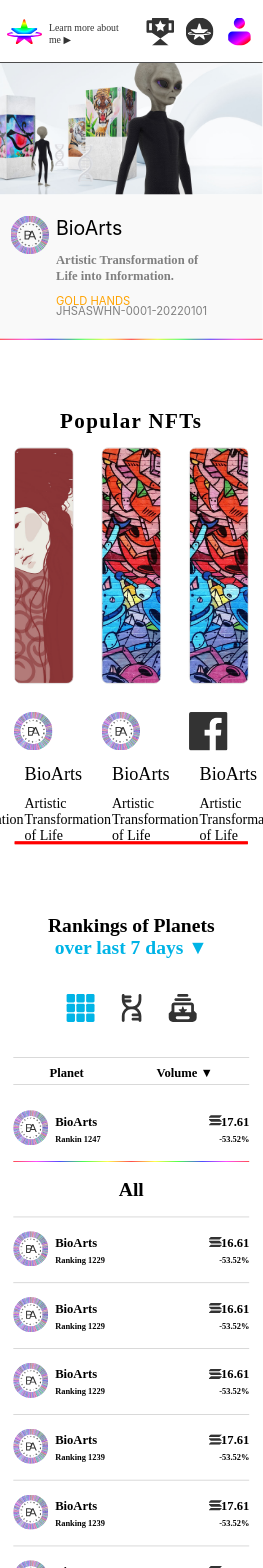
Repository: superHotBob/bioart
Page: /
An editor plug-in stored every save of this project. The page is shown before and after the next save, followed by the edit.
The browser window is 375 px wide. The pictures show the part of the page from y = 0 to 2240 px (the page is 2842 px tall), at 70% of full size.
Some web fonts or font styles are not loaded; a fallback is used. The project was rebuilt for these pictures with package versions that can differ from the ones it lists, and the page was loaded fresh each time. The framework's server and built-in components were replaced by stand-ins that run in the browser. Also part of the build but not shown: next.config.js.

Above is the page before, as saved 2022-04-06 09:07:43.

### pages/_app.js
import "../styles/globals.css";
import Layout from "../components/layout";
import { Provider } from "react-redux";
import store from "../store";

export default function MyApp({ Component, pageProps }) {
  return (
    <Provider store={store}>
      <Layout>
        <Component {...pageProps} />
      </Layout>
    </Provider>
  );
}

### styles/globals.css
@font-face {
  font-family: 'GmarketSansMedium';
  src: url('https://cdn.jsdelivr.net/gh/projectnoonnu/noonfonts_2001@1.1/GmarketSansMedium.woff') format('woff');
  font-weight: normal;
  font-style: normal;
}
@font-face {
  font-family: 'GmarketSansLight';
  src: url('https://cdn.jsdelivr.net/gh/projectnoonnu/noonfonts_2001@1.1/GmarketSansLight.woff') format('woff');
  font-weight: normal;
  font-style: normal;
}
@font-face {
  font-family: 'GmarketSansBold';
  src: url('https://cdn.jsdelivr.net/gh/projectnoonnu/noonfonts_2001@1.1/GmarketSansBold.woff') format('woff');
  font-weight: normal;
  font-style: normal;
}
html,
body {
  padding: 0;
  margin: 0;
  font-family: -apple-system, BlinkMacSystemFont, Segoe UI, Roboto, Oxygen,
    Ubuntu, Cantarell, Fira Sans, Droid Sans, Helvetica Neue, sans-serif;
}

input, select, button, textarea {
  outline: none;
}
a {
  color: inherit;
  text-decoration: none;
  cursor: pointer;
}
input::placeholder {
  color: #c9c9c9;
}
* {
  box-sizing: border-box;
  background-repeat: no-repeat;
}
button {
  cursor: pointer;
  font-family: "GmarketSansMedium";
  font-size: 18px;
  text-align: center;
}
.error {
  color: red;
  font-size: 20px;
}
figure {
  margin: 0;
  display: inline-block;
}
select {
  -webkit-appearance: none;
  -moz-appearance: none;

  height: 44px;
  padding-left: 20px;
  font-size: 18px;
  background: transparent;
  border: 1px solid #c9c9c9;
  border-radius: 20px;
  background: url('/icon_drp_arr.svg')  100% / 17% 35% no-repeat;
}
.blue {
  color: rgb(0, 180, 230);
  font-size: 18px;
  padding: 2px 0 2px 27px;

}
.bold {
  font-weight: 800;
  font-family: "GmarketSansbold";
}


.solana {
  background: url('/icon_graph_01.svg')  left 35% / auto 68% no-repeat;


}
@media screen and (max-width: 550px) {
  .blue {
    font-size: 14px;
    padding: 2px 0 2px 25px;
  }
}

### components/layout.js
import Navbar from "./navbar";
import Footer from "./footer";

export default function Layout({ children }) {
  return (
    <>
      <Navbar />
      <main style={{borderBottom: '1px solid #000'}}>
        {children}
        <style jsx global>{`
          .lastStringNft {
            width: 90%;
            position: absolute;
            top: 85%;
            left: 5%;
            padding: 10px 0;
            border-top: 1px solid #c9c9c9;
            font-size: 18px;
            color: #333;
            display: flex;
            justify-content: space-between;
            font-family: "GmarketSansLight";
          }
          .lastStringNft b {
            margin: 0 5px 0 0;
            flex-grow: 1;
          }
          .iconGraph {
            margin: 0px 15px;
            vertical-align: top;
            display: inline-block;
          }
          .priceNft {
            text-align: center;
            font-size: 30px;
            margin: 10px 0 0;
            font-family: "GmarketSansMedium";
          }
          .textNft {
            font-size: 1vw;
            margin: 0 0 15px;
            text-align: center;
            font-weight: 300;
            font-family: "GmarketSansLight";
          }
          .iconSlider {
          margin-top: 0;
          width: 65px;
          height: 65px;
        }
        .iconItemNft {
            width: 65px;
            height: 65px;
            display: block;
            margin: 0 auto;
            background-color: #fff;
            border-radius: 50%;
            border: 4px solid #fff;
            outline: 1px solid #ddd;
          }
          .itemSliderNft {
            position: relative;
          }
        `}</style>
      </main>
      <Footer />
    </>
  );
}

### store/index.js
import { configureStore } from "@reduxjs/toolkit";

import counterReducer from "../reduser";

export function makeStore() {
  return configureStore({
    reducer: { counter: counterReducer },
  });
}

const store = makeStore();

export default store;

### styles/Home.module.css
@font-face {
  font-family: "MyWebFontBlack";
  src: url("/fonts/NotoSerifCJKkr-Black.woff") format("woff");
}
@font-face {
  font-family: "MyWebFontBold";
  src: url("/fonts/NotoSerifCJKkr-Bold.woff") format("woff");
}
@font-face {
  font-family: "MyWebFontSCMediun";
  src: url("/fonts/NotoSerifSC-Medium.woff") format("woff");
}
@font-face {
  font-family: "MyWebFontSCLight";
  src: url("/fonts/NotoSerifSC-Light.woff") format("woff");
}
@font-face {
  font-family: "GmarketSansMedium";
  src: url("https://cdn.jsdelivr.net/gh/projectnoonnu/noonfonts_2001@1.1/GmarketSansMedium.woff")
    format("woff");
  font-weight: normal;
  font-style: normal;
}
.container {
  padding: 0;
}
.main {
  min-height: 80vh;
}
.header {
  height: 90px;
  display: block;
  position: relative;
  padding: 20px 30px;
  box-sizing: border-box;
  border-bottom: 1px solid #000;
}
.header .learn {
  margin: -34px 20px 0;
  vertical-align: middle;
  display: inline-block;
  width: 20%;
  font-size: 14px;
  cursor: pointer;
  font-family: "GmarketSansLight";
  color: #333;
}
.header a:hover {
  color: blue;
}
.symbol {
  margin-right: -40px;
  position: relative;
  z-index: 100;
  top: -1px;
}
.symbol_icon {
  height: 50px;
  width: 50px;
  display: inline-block;
  background: url("/symbol.svg") center / 100% no-repeat;
}
.search_input {
  position: relative;
  z-index: 1;
  border: 1px solid #c9c9c9;
  border-radius: 20px;
  height: 36px;
  width: 240px;
  padding: 0 20px 0 50px;
  vertical-align: text-bottom;
  outline: none;
}
.menu_tab {
  float: right;
  width: auto;
  text-align: right;
}
.tab01,
.tab02,
.tab03active,
.tab03,
.iconLike {
  height: 40px;
  width: 40px;
  vertical-align: sub;
  display: inline-block;
  margin-left: 30px;
}
.iconLike {
  position: relative;
  margin-left: 90px;
  cursor: pointer;
}
.iconLike::before {
  position: absolute;
  font-size: 18px;
  content: "250";
  left: -45px;
  top: 11px;
  font-family: "GmarketSansLight";
  display: inline-block;
}
.tab01 {
  background: url("/icon_tab_off_01.svg") center 100% no-repeat;
}
.tab01:hover {
  background: url("/icon_tab_on_01.svg") center 100% no-repeat;
}
.tab02 {
  background: url("/icon_tab_off_02.svg") center 100% no-repeat;
}
.tab03active {
  background: url("/icon_tab_on_03.svg") center 100% no-repeat;
}
.tab02:hover {
  background: url("/icon_tab_on_02.svg") center 100% no-repeat;
}
.tab03 {
  background: url("/icon_tab_off_03.svg") center 100% no-repeat;
}
.iconLike {
  background: url("/icon_like_on.svg") center 100% no-repeat;
}
.tab03:hover {
  background: url("/icon_tab_on_03.svg") center 100% no-repeat;
}
.wrapFirstBlock {
  width: 100%;
  height: 70.1vh;
  background: url('/main_top_bgline.jpg')  bottom center / 100% 1px repeat-x;
}
.firstBlock {
  /* background: url('/main_top_bg.jpg') center / 100% auto no-repeat;  */
  height: 70vh;
  position: relative;
}
.firstBlockText {
  position: absolute;
  top: 57%;
  left: 75%;
}
.firstBlockTextOnly h3 {
  font-size: 28px;
  font-weight: 400;
  color: #000;
  margin: 0;
}
.firstBlockTextOnly p {
  font-size: 18px;
  line-height: 1.3;
  font-family: "GmarketSansLight";
  font-weight: 800;
}
.gold {
  color: #ffa300;
  font-size: 16px;
  display: block;
  line-height: 10px;
}
.slider h2,
.sliderNft h2 {
  font-size: 30px;
  letter-spacing: 2px;
  font-family: "GmarketSansLight";
  font-weight: 800;
}
.sliderWraper,
.sliderWraperNft {
  height: auto;
  width: 80%;
  margin: 50px auto;
  position: relative;
}
.sliderWraperNft {
  width: 100%;
}
.bodySlider {
  height: auto;
  display: flex;
  justify-content: space-between;
}
.sliderBtnPrev,
.sliderBtnNext {
  position: absolute;
  border: none;
  top: 26%;
  height: 60px;
  width: 60px;
  left: -2%;
  opacity: 0.9;
  background-position: center;
  background-repeat: no-repeat;
  background-size: 100%;
  background-image: url("/slider_prev_btn.svg");
}
.sliderBtnPrev:hover {
  background-image: url("/slider_prev_btn_hv.svg");
  opacity: 1;
}
.sliderBtnNext {
  left: 96%;
  background-image: url("/slider_next_btn.svg");
}
.sliderBtnNext:hover {
  background-image: url("/slider_next_btn_hv.svg");
  opacity: 1;
}

.itemSlider {
  height: 40vw;
  padding: 0 20px;
  text-align: center;
}
.itemSliderImage {

  border: 1px solid #ddd;
  background-size: cover;
  border-radius: 10px;
  background-position: center top;
  background-repeat: no-repeat;
  height: 60%;
  margin-bottom: 40px;
  cursor: pointer;
}
.sliderText {
  font-size: 26px;
  margin: 15px;
  font-family: "GmarketSansMedium";
  font-weight: 400;
}
.sliderText p {
  font-size: 20px;
  margin: 15px 0 0;
  font-family: "GmarketSansLight";
}
.itemSlider .img {
  margin: 15px;
}
.sliderDot {
  margin: 0 auto;
  background-color: red;
  width: 89%;
}

.table h2 {
  text-align: center;
  font-family: "GmarketSansLight";
  font-size: 28px;
}
.table h2 a {
  color: #00b4e6;
}
.icons {
  width: 164px;
  margin: 50px auto;
  display: flex;
  justify-content: space-between;
}
.icons img:hover {
  cursor: pointer;
}
.tableBody {
  width: 80%;
  margin: 20px auto;
}
.headerTable,
.bodyTable,
.headerTableFirst {
  display: flex;
  justify-content: space-between;
  border-top: 1px solid #c9c9c9;
  border-bottom: 1px solid #c9c9c9;
  padding: 20px 0;
  font-weight: bold;
}
.headerTableFirst {
  border-top: none;
  border-image: linear-gradient(
    90deg,
    rgba(255, 0, 0, 1) 0%,
    rgba(255, 0, 255, 1) 10%,
    rgba(0, 0, 255, 1) 20%,
    rgba(0, 255, 0, 1) 30%,
    rgba(255, 255, 0, 1) 40%,
    rgba(255, 0, 0, 1) 50%,
    rgba(255, 255, 0, 1) 60%,
    rgba(0, 255, 0, 1) 70%,
    rgba(0, 0, 255, 1) 80%,
    rgba(255, 0, 255, 1) 90%,
    rgba(255, 0, 0, 1) 100%
  );
  border-image-slice: 1;
}
p.bodyTable {
  border-bottom: none;
  margin: 0;
}
p.headerTable:hover {
  background-color: rgba(220, 220, 220, 0.3);
  cursor: pointer;
  box-shadow: 0 1px 10px 5px rgba(220, 220, 220, 0.3);
}
.volumeIcon,.volumeIcon_2 {
  background: url("/icon_graph_01.svg") 21% 47%/ 16% no-repeat;
  padding-left: 10px;
}
.headerTable span,
.bodyTable span,
.headerTableFirst span {
  flex-grow: 1;
  font-size: 18px;
  line-height: 50px;
  font-family: "GmarketSansLight";
  width: 10%;
  text-align: center;
  display: inline-block;
}
.data {
  border-bottom: 1px solid #c9c9c9;
}
.btnPage {
  margin: 50px auto;
  text-align: center;
}
.btnPrev,
.btnNext {
  border: none;
  background: none;
  font-size: 18px;
  z-index: 1;
  font-family: "GmarketSansMedium";
  font-weight: 400;
  position: relative;
  color: #c9c9c9;
}
.btnPrev:hover {
  color: #000;
}
.btnPrev:hover::before {
  background-image: url("/prev_btn_hv.svg");
}
.btnNext:hover {
  color: #000;
}
.btnNext:hover::after {
  background-image: url("/next_btn_hv.svg");
}
.btnPrev:before,
.btnNext::after {
  content: "";
  width: 12px;
  height: 18px;
  z-index: 1;
  background-image: url("/prev_btn.svg");
  background-repeat: no-repeat;
  display: inline-block;
  vertical-align: middle;
  background-color: inherit;
  background-position: center center;
  margin: -5px 5px 0 0;
}
.btnNext::after {
  background-image: url("/next_btn.svg");
  margin: -5px 0 0 5px;
}
.footer {
  padding: 2rem 0;
  background-color: #f9f9f9;
  text-align: center;
  border-image: linear-gradient(
    90deg,
    rgba(255, 0, 0, 1) 0%,
    rgba(255, 0, 255, 1) 10%,
    rgba(0, 0, 255, 1) 20%,
    rgba(0, 255, 0, 1) 30%,
    rgba(255, 255, 0, 1) 40%,
    rgba(255, 0, 0, 1) 50%,
    rgba(255, 255, 0, 1) 60%,
    rgba(0, 255, 0, 1) 70%,
    rgba(0, 0, 255, 1) 80%,
    rgba(255, 0, 255, 1) 90%,
    rgba(255, 0, 0, 1) 100%
  );
  border-image-slice: 1;
  border-bottom: 1px solid #333;
}
.br {
  display: none;
}
.footerIconText {
  font-size: 34px;
  font-family: "GmarketSansMedium";
  font-weight: 400;
  margin: 10px 0;
  letter-spacing: 2px;
}
.footerText {
  font-size: 24px;
  font-family: "GmarketSansMedium";
  color: #c9c9c9;
}
.learnFooter {
  color: #00b4e6;
  font-size: 18px;
  font-family: "GmarketSansMedium";
}
.learnFooter:hover {
  color: #333;
}
.block_likes {
  width: 600px;
  height: 60vh;
  position: absolute;
  right: 35px;
  font-size: 18px;
  top: 90px;
  z-index: 100;
  text-align: center;
  padding: 20px;
  background-color: #fff;
  overflow-y: auto;
  border: 1px solid #c9c9c9;
  border-top: none;
}
.block_likes p {
  font-family: "GmarketSansLight";
  display: flex;
  justify-content: space-between;
  align-items: center;
  font-size: 20px;
  margin: 30px 0;
}
.icon_like span {
  border-radius: 50%;
  height: 50px;
  width: 50px;
  outline: 1px solid #c9c9c9;
  outline-offset: 2px;
  vertical-align: middle;
}
.icon_like_last span {
  border-radius: 0;
  outline: 1px solid #c9c9c9;
  outline-offset: 2px;
  vertical-align: middle;
}
.name {
  width: 35%;
  text-align: left;
}
.mobile {
  display: inline-block;
}
.mobileYes {
  display: none !important;
}
.planetsTableData {
    flex-grow: 4;
    font-size: 28px;
    height: 50px;
    text-align: left;
    background-image: url('/icon_ba.svg');
    background-repeat: no-repeat;
    background-size: 50px;
    padding-left: 60px;
}
@media screen and (max-width: 550px) {
  .search_input,
  .symbol {
    display: none;
  }
  .header {
    padding: 20px 10px;
  }
  .symbol_icon {
    height: 50px;
    width: 50px;
  }
  .tab01,
  .tab02,
  .tab03active,
  .tab03,
  .iconLike {
    margin-left: 10px;
  }
  .tab01 {
    margin: 0;
  }
  .header .learn {
    width: 100px;
    margin: -34px 10px 0;
  }
  .menu_tab {
    margin-top: 5px;
    justify-content: space-around;
    display: flex;
    width: 45%;
  }
  .firstBlock {
    height: 50vw;
  }
  .firstBlockText {
    position: static;
    background-color: #f9f9f9;
    padding: 30px 15px;
    border-image: linear-gradient(
    90deg,
    rgba(255, 0, 0, 1) 0%,
    rgba(255, 0, 255, 1) 10%,
    rgba(0, 0, 255, 1) 20%,
    rgba(0, 255, 0, 1) 30%,
    rgba(255, 255, 0, 1) 40%,
    rgba(255, 0, 0, 1) 50%,
    rgba(255, 255, 0, 1) 60%,
    rgba(0, 255, 0, 1) 70%,
    rgba(0, 0, 255, 1) 80%,
    rgba(255, 0, 255, 1) 90%,
    rgba(255, 0, 0, 1) 100%
  );
  border-image-slice: 1;
  border-bottom: 1px solid #333;
  }
  .firstBlockTextOnly {
    display: inline-block;
    vertical-align: top;
    margin-left: 10px;
    color: gray;
    width: 79%;
  }
  .wrapFirstBlock {
    height: auto;
  }
  .sliderWraper {
    width: 100%;
    margin: 20px auto 100px;
  }
  .itemSlider {
    height: 150vw;
    text-align: initial;
  }
  .sliderText {
    width: 70%;
    vertical-align: top;
    display: inline-block;
  }
  .volumeIcon {
    background: url(/icon_graph_01.svg) 0% 19%/ 32% no-repeat;
    padding-left: 15px;

  }
  .br {
    display: inline;
  }
  .mobile, .czczxc, .volumeIcon_2 {
    display: none !important;
  }
  .mobileYes {
    display: inline !important;
    font-size: 12px !important;
  }
  .headerTable span, .headerTableFirst span, .bodyTable span {
    width: fit-content;
    flex-grow: 0;
    padding-top: 5px;
    line-height: 23px;
    text-align: right;
  }
  .headerTable {
    justify-content: space-around;
    padding: 5px 0;
  }
  .tableBody {
    width: 90%;
  }
  .icons {
    width: 200px;
  }
  .sliderBtnNext, .sliderBtnPrev {
    display: none;
  }
}

### components/navbar.js
import Image from "next/image";
import Link from "next/link";
import styles from "../styles/Home.module.css";
import react, { useState} from 'react';

const likes = [
  { name: "Bob", date: 2 },
  { name: "Fill", date: 4 },
  { name: "Bill", date: 3 },
  { name: "Martin", date: 12 },
  { name: "Ali", date: 14 },
  { name: "Ivan", date: 13 },
];
export default function Navbar() {
  const [likesView, setLikesView] = useState(false);
  return (
    <div className={styles.header}>
      <Link href="/explore" passHref>
        <figure className={styles.symbol_icon}/>
      </Link>

      <Link href="/">
        <a className={styles.learn}>Learn more about me &#9654;</a>
      </Link>
      <div className={styles.menu_tab}>
        <span className={styles.symbol}>
          <Image src="/icon_search.svg" width={22} height={22} alt="search" />
        </span>
        <input
          type="search"
          className={styles.search_input}
          placeholder="Search"
        />
        <Link href="/createitem/createitem">
          <a className={styles.tab01} />
        </Link>
        <Link href="/geno">
          <a className={styles.tab02} />
        </Link>
        <Link href="/profilesetting" >
          <a className={styles.tab03active} />
        </Link>

        {/* <b className={styles.iconLike} onClick={()=>setLikesView(!likesView)}/> */}

        {likesView && <div className={styles.block_likes}>
          LIKE
          {likes.map((i, index) => (
            <p key={index}>
              <figure className={styles.icon_like}>
                <Image
                  src="/article-img.png"
                  width={50}
                  height={50}
                  alt="icon"
                />
              </figure>
              <span className={styles.name}> {i.name} likes this</span>
              <span>{i.date} days ago</span>
              <figure className={styles.icon_like}>
                <Image src="/icon_ba.svg" width={50} height={50} alt="icon" />
              </figure>
              <figure className={styles.icon_like_last}>
                <Image
                  src="/planet-img-02.png"
                  width={50}
                  height={50}
                  alt="icon"
                />
              </figure>
            </p>
          ))}
        </div>}
      </div>
    </div>
  );
}

### components/footer.js
import Image from "next/image";
import styles from "../styles/Home.module.css";
export default function Footer() {
  return (
    <footer className={styles.footer}>
      <span className={styles.logo}>
        <Image src="/symbol.svg" alt=" Logo" width={112} height={80} />
      </span>
      <p className={styles.footerIconText}>GenoVerse</p>
      <p className={styles.footerText}>
        GenoVerse is a unique NFT market specialized in the genome.
      </p>
      <a src="/#" className={styles.learnFooter}>
        Learn more about me &#9654;
      </a>
    </footer>
  );
}

### reduser/index.js
import { createSlice } from "@reduxjs/toolkit";

const initialState = {
 profile: {
  email: 'bob@tut.by',
  name: 'bob',
  representative_planet: 'Geno`s Collection'
 },
  walletAddress: "",
  balance: 0,
  token: "",
  tokenId: 0,
};
export const counterSlice = createSlice({
  name: "counter",
  initialState,

  reducers: {
    increment: (state) => {
      state.value = true;
    },

    addAccount: (state, action) => {
      state.walletAddress = action.payload;
    },
    changeBalance: (state, action) => {
      state.balance = action.payload;
    },
    setToken: (state, action) => {
      state.token = action.payload;
    },
    setTokenId: (state, action) => {
      state.tokenId = action.payload;
    },
  },
});
export const {
    increment,
    addAccount,
    changeBalance,
    setToken,
    setTokenId,
  } = counterSlice.actions;

  export const profile = (state) => state.counter.profile;

  export const selectCount = (state) => state.counter.value;
  export const walletAddress = (state) => state.counter.walletAddress;
  export const balance = (state) => state.counter.balance;
  export const token = (state) => state.counter.token;
  export const tokenId = (state) => state.counter.tokenId;

  export default counterSlice.reducer;

Loaded but not shown: pages/_document.js (common file); pages/index.js (382 lines, source omitted)

After the next save:
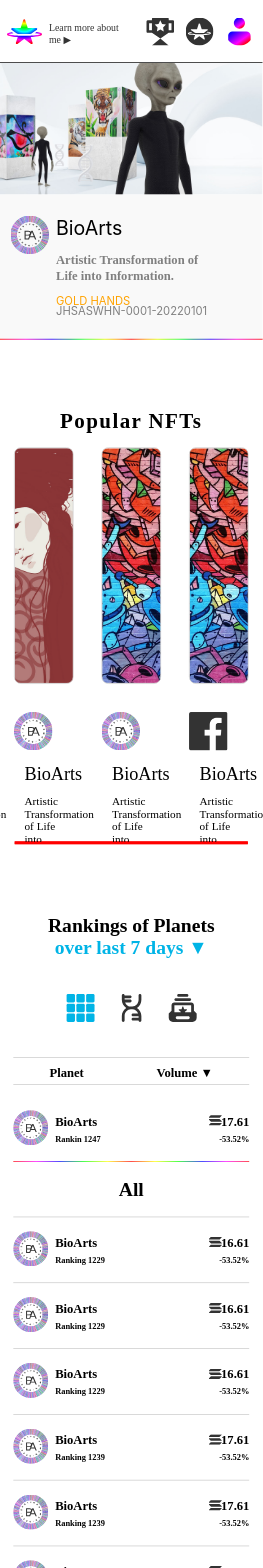
Saved 2 min 0 s later.
--- a/styles/Home.module.css
+++ b/styles/Home.module.css
@@ -214,7 +214,7 @@
 }
 .itemSliderImage {
 
-  border: 1px solid #ddd;
+  border: 1px solid #ccc;
   background-size: cover;
   border-radius: 10px;
   background-position: center top;
@@ -544,6 +544,9 @@ p.headerTable:hover {
     vertical-align: top;
     display: inline-block;
   }
+  .sliderText p {
+    font-size: 16px;
+  }
   .volumeIcon {
     background: url(/icon_graph_01.svg) 0% 19%/ 32% no-repeat;
     padding-left: 15px;
